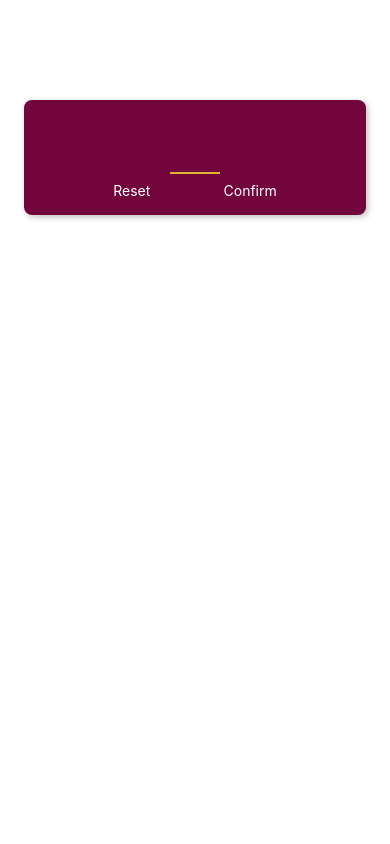
Repository: cobalt88/miniGameApp
Screen: /
These files come from the project's save history. The screen is drawn as it stood at one moment and after the next save; the edit follows.
The app was drawn by React Native's web renderer in a window 390 px wide. The project was rebuilt for these pictures with package versions that can differ from the ones it lists, and the page was loaded fresh each time.

Above is the screen before, as saved 2023-02-02 16:46:07.

### App.js
import { StatusBar } from "expo-status-bar";
import { StyleSheet, Text, View } from "react-native";
import StartGameScreen from "./screens/StartGameScreen";

export default function App() {
  return <StartGameScreen />;
}

const styles = StyleSheet.create({});

### screens/StartGameScreen.js
import { View, TextInput, StyleSheet } from "react-native";
import PrimaryButton from "../components/PrimaryButton";

function StartGameScreen() {
  return (
    <View style={styles.inputContainer}>
      <TextInput
        style={styles.numberInput}
        maxLength={2}
        keyboardType="number-pad"
        autoCapitalize="none"
        autoCorrect={false}
      />
      <View style={styles.buttonContainer}>
        <PrimaryButton>Reset</PrimaryButton>
        <PrimaryButton>Confirm</PrimaryButton>
      </View>
    </View>
  );
}

export default StartGameScreen;

const styles = StyleSheet.create({
  inputContainer: {
    marginHorizontal: 24,
    borderRadius: 8,
    padding: 16,
    marginTop: 100,
    backgroundColor: "#72063c",
    elevation: 8,
    shadowColor: "black",
    shadowOffset: { width: 2, height: 2 },
    shadowOpacity: 0.25,
    shadowRadius: 6,
    alignItems: "center",
  },
  numberInput: {
    height: 50,
    fontSize: 32,
    borderBottomColor: "#ddb52f",
    borderBottomWidth: 2,
    color: "#ddb52f",
    textAlign: "center",
    marginVertical: 8,
    fontWeight: "bold",
    width: 50,
  },
  buttonContainer: {
    flexDirection: "row",
    justifyContent: "space-evenly",
    width: "100%",
  },
});

### components/PrimaryButton.js
import { View, Text, Pressable, StyleSheet } from "react-native";

function PrimaryButton({ children }) {
  function pressHandler() {
    console.log("pressed the main button");
  }
  return (
    <View style={styles.buttonOterContainer}>
      <Pressable onPress={pressHandler} android_ripple={{ color: "#640233" }}>
        <Text style={styles.buttonText}>{children}</Text>{" "}
      </Pressable>
    </View>
  );
}

export default PrimaryButton;

const styles = StyleSheet.create({
  buttonOuterContainer: {
    backgroundColor: "#72063c",
    paddingVertical: 8,
    paddingHorizontal: 16,
    borderRadius: 28,
    elevation: 8,
    shadowColor: "black",
    shadowOffset: { width: 2, height: 2 },
    shadowOpacity: 0.25,
    shadowRadius: 6,
    width: 100,
    margin: "auto",
  },
  buttonInnerContainer: {},
  buttonText: {
    color: "white",
    textAlign: "center",
  },
});

After the next save:
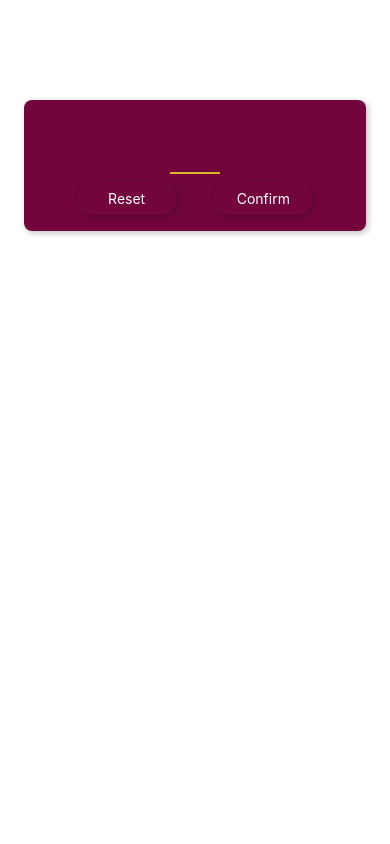
Saved 42 s later.
--- a/components/PrimaryButton.js
+++ b/components/PrimaryButton.js
@@ -5,18 +5,18 @@ function PrimaryButton({ children }) {
     console.log("pressed the main button");
   }
   return (
-    <View style={styles.buttonOterContainer}>
-      <Pressable onPress={pressHandler} android_ripple={{ color: "#640233" }}>
-        <Text style={styles.buttonText}>{children}</Text>{" "}
-      </Pressable>
-    </View>
+    <Pressable onPress={pressHandler} android_ripple={{ color: "#640233" }}>
+      <View style={styles.buttonContainer}>
+        <Text style={styles.buttonText}>{children}</Text>
+      </View>
+    </Pressable>
   );
 }
 
 export default PrimaryButton;
 
 const styles = StyleSheet.create({
-  buttonOuterContainer: {
+  buttonContainer: {
     backgroundColor: "#72063c",
     paddingVertical: 8,
     paddingHorizontal: 16,
@@ -29,7 +29,6 @@ const styles = StyleSheet.create({
     width: 100,
     margin: "auto",
   },
-  buttonInnerContainer: {},
   buttonText: {
     color: "white",
     textAlign: "center",
